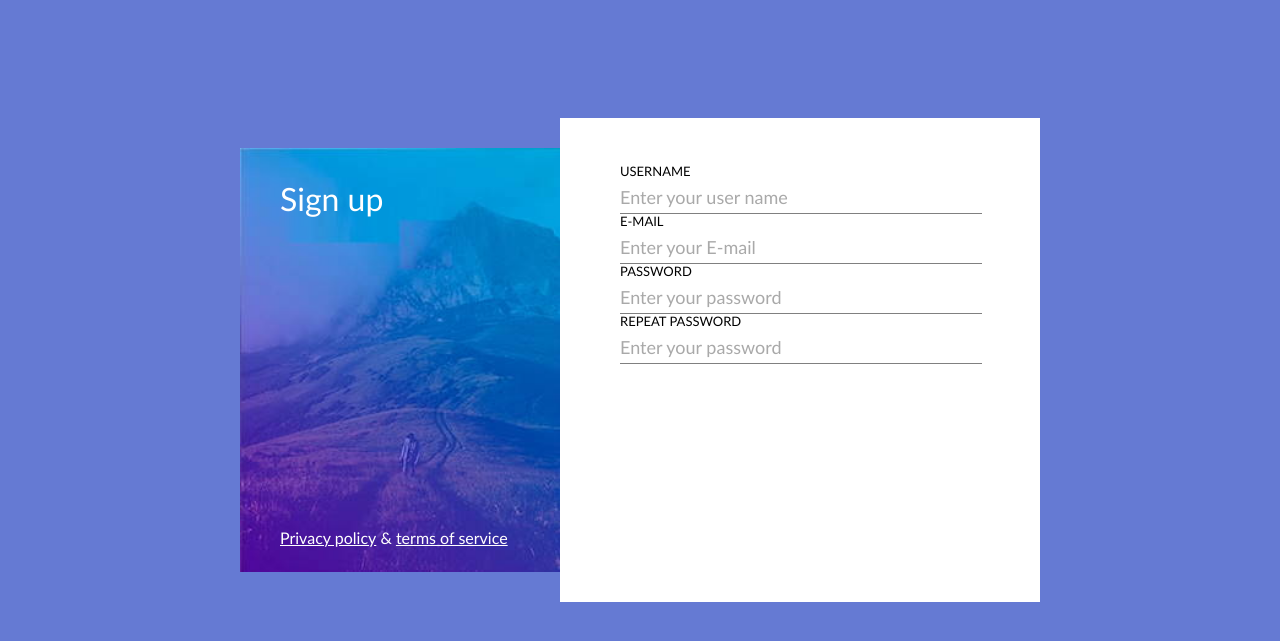
Repository: RugileG/registracijos-forma
Page: index.html
These files come from the project's save history. The page is drawn as it stood at one moment and after the next save; the edit follows.
The browser window is 1280 px wide. The pictures show the whole page.

Above is the page before, as saved 2021-05-18 10:42:44.

After the next save:
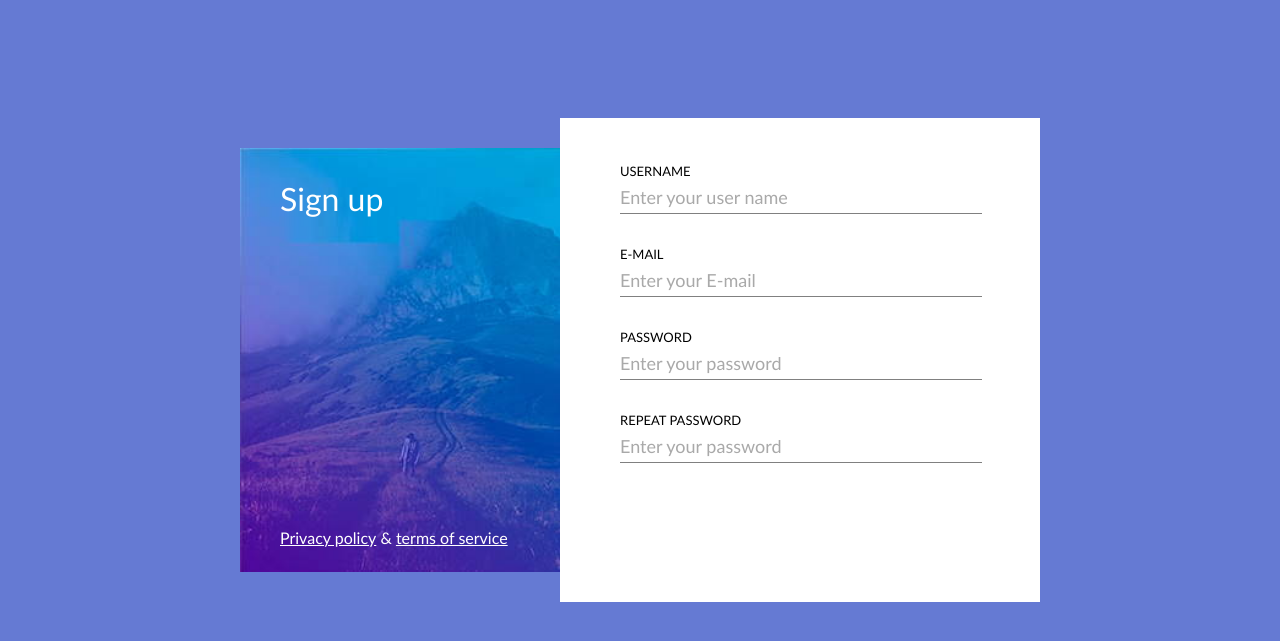
Saved 5 s later.
--- a/index.html
+++ b/index.html
@@ -88,7 +88,7 @@
 
 
         .input {
-            margin-
+            margin-bottom: 33px;
         }
 
         input {
